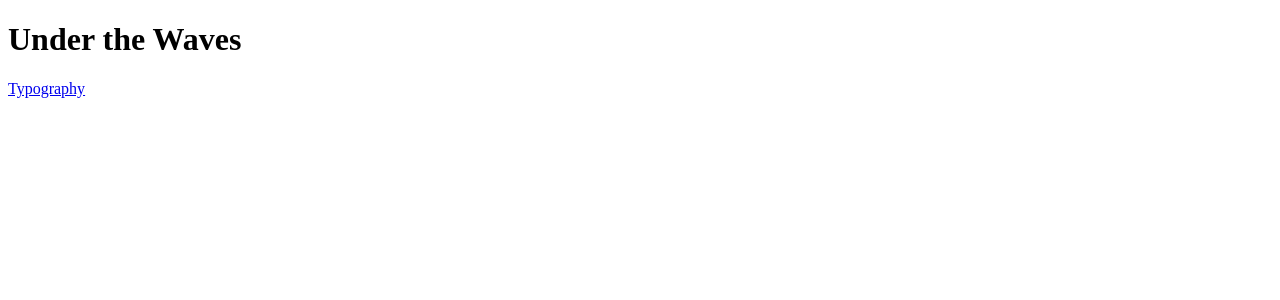
Repository: TeoEstrada9/styleguide
Page: index.html
These files come from the project's save history. The page is drawn as it stood at one moment and after the next save; the edit follows.
The browser window is 1280 px wide. The pictures show the whole page.

Above is the page before, as saved 2023-03-02 10:11:18.

After the next save:
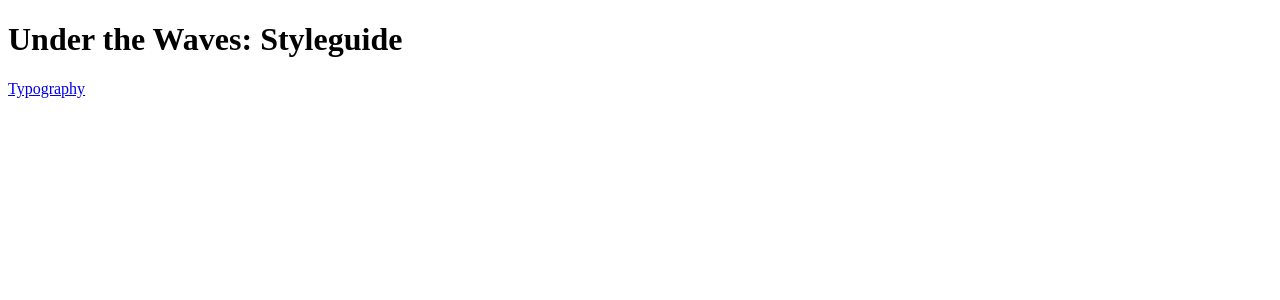
Saved 11 s later.
--- a/index.html
+++ b/index.html
@@ -10,7 +10,7 @@
     <link rel="stylesheet" href="index.css" />
   </head>
   <body>
-    <h1>Under the Waves</h1>
+    <h1>Under the Waves: Styleguide</h1>
     <a href="./pages/typography.html">Typography</a>
   </body>
 </html>
